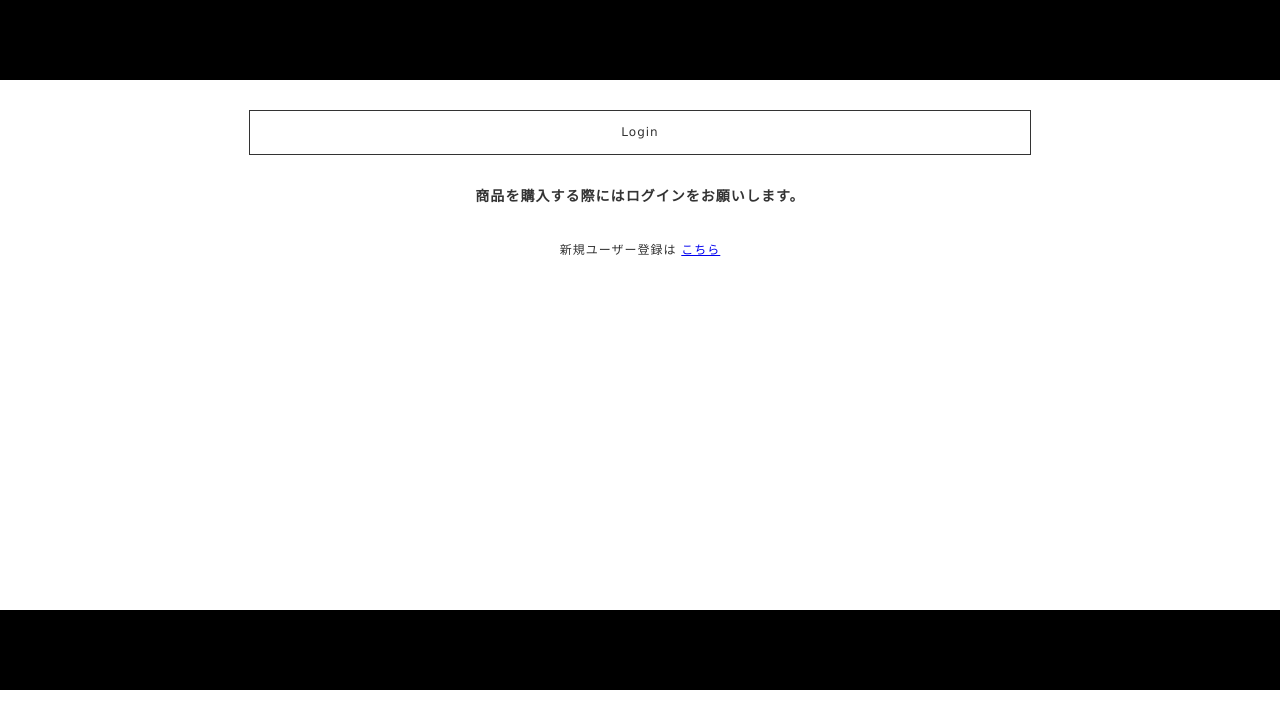
Repository: yukisu18/test
Page: http://localhost/ecsite/login.jsp
The author's editor kept a copy of each file at every save. The page is drawn from the files as they stood at one save, then again after the next save.
The browser window is 1280 px wide. The pictures show the whole page.
The page is served by Tomcat 9. Nobody is signed in. The application's start-up code is not run. Other server files are loaded and not shown.

Above is the page before, as saved 2019-03-04 10:09:09.

### ecsite/WebContent/login.jsp
<%@ page language="java" contentType="text/html; charset=UTF-8"
    pageEncoding="UTF-8"%>
<!DOCTYPE html>
<html>
<head>
<meta http-equiv="Content-Type" content="text/html; charset=UTF-8">
<meta http-equiv="Content-Style-Type" content="text/css" />
<meta http-equiv="Content-Script-Type" content="text/javascript" />
<meta http-equiv="imagetoolbar" content="no" />
<meta name="description" content="" />
<meta name="keywords" content="" />
<title>Login画面</title>
<style type="text/css">
/* ========TAG LAYOUT======== */
body {
	margin: 0;
	padding: 0;
	line-height: 1.6;
	letter-spacing: 1px;
	font-family: Verdana, Helvetica, sans-serif;
	font-size: 12px;
	color: #333;
	background: #fff;
}

table {
	text-align: center;
	margin: 0 auto;
}
/* ========ID LAYOUT======== */
#top {
	width: 780px;
	margin: 30px auto;
	border: 1px solid #333;
}

#header {
	width: 100%;
	height: 80px;
	background-color: black;
}

#main {
	width: 100%;
	height: 500px;
	text-align: center;
}

#footer {
	width: 100%;
	height: 80px;
	background-color: black;
	clear: both;
}
</style>
</head>
<body>
<div id="header">
		<div id="pr"></div>

	</div>
	<div id="main">

		<div id="top">

			<p>Login</p>

		</div>
		<div>

			<h3>商品を購入する際にはログインをお願いします。</h3>
            <s:form action="LoginAction">
            <s:textfield name="loginUserId"/>
            <s:password name="loginPassword"/>
            <s:submit value="ログイン"/>
            </s:form>
			<br />

			<div>
				<span>新規ユーザー登録は <a href='<s:url action="UserCreateAction" />'>こちら</a>
				</span>
			</div>

		</div>

	</div>
	<div id="footer">
		<div id="pr"></div>

	</div>
</body>
</html>

After the next save:
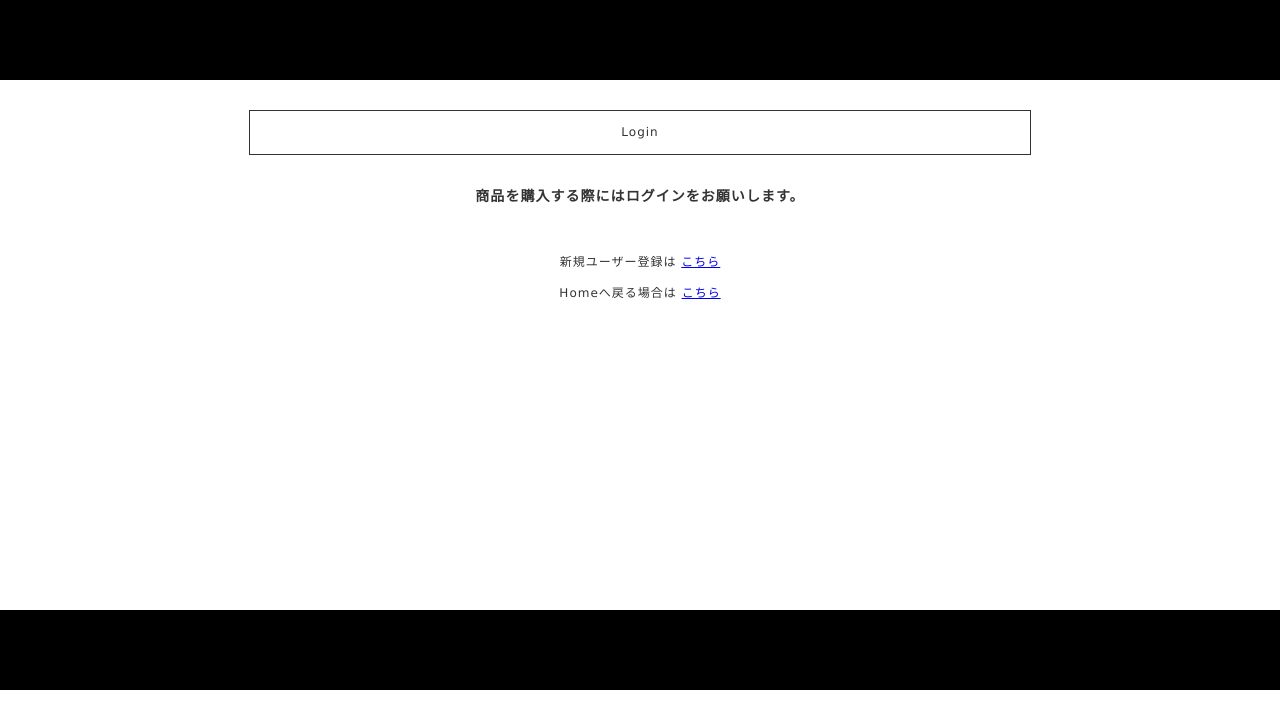
Saved 4 min 12 s later.
--- a/ecsite/WebContent/login.jsp
+++ b/ecsite/WebContent/login.jsp
@@ -1,5 +1,5 @@
 <%@ page language="java" contentType="text/html; charset=UTF-8"
-    pageEncoding="UTF-8"%>
+	pageEncoding="UTF-8"%>
 <!DOCTYPE html>
 <html>
 <head>
@@ -55,7 +55,7 @@ table {
 </style>
 </head>
 <body>
-<div id="header">
+	<div id="header">
 		<div id="pr"></div>
 
 	</div>
@@ -69,21 +69,25 @@ table {
 		<div>
 
 			<h3>商品を購入する際にはログインをお願いします。</h3>
-            <s:form action="LoginAction">
-            <s:textfield name="loginUserId"/>
-            <s:password name="loginPassword"/>
-            <s:submit value="ログイン"/>
-            </s:form>
+			<s:form action="LoginAction">
+				<s:textfield name="loginUserId" />
+				<s:password name="loginPassword" />
+				<s:submit value="ログイン" />
+			</s:form>
 			<br />
-
-			<div>
-				<span>新規ユーザー登録は <a href='<s:url action="UserCreateAction" />'>こちら</a>
-				</span>
+			<div id="text-link">
+				<p>
+					新規ユーザー登録は <a href='<s:url action="UserCreateAction"/>'>こちら</a>
+				</p>
+				<p>
+					Homeへ戻る場合は <a href='<s:url action="GoHomeAction"/>'>こちら</a>
+				</p>
 			</div>
-
 		</div>
 
 	</div>
+
+
 	<div id="footer">
 		<div id="pr"></div>
 
